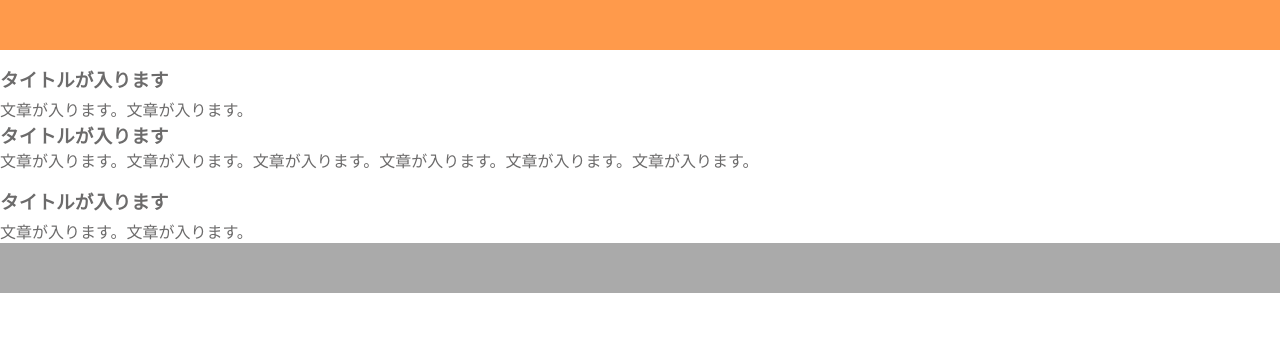
Repository: Yuki-Kawagoe/chapter4
Page: chapter9/index.html
The author's editor kept a record of every edit. The page is drawn from the files as they stood at one moment, then again after the next edit.
The browser window is 1280 px wide. The pictures show the whole page.

Above is the page before.

### chapter9/index.html
<!DOCTYPE html>
 <html lang="ja">
 <head>
  <meta charset="UTF-8">
  <link rel="stylesheet" href="style.css" />
  <title>Chapter9</title>
 </head>

 <body>
   <header></header>


   <main>
    <div class="step-box1">
      <div class="step-img">
       <span class="step-num"></span>
        <h3 class="main-title">タイトルが入ります</h3>
          <p class="main-text">文章が入ります。文章が入ります。</p>
      </div>
    </div>

    <div class="step-box2">
      <div class="step-img">
       <span class="step-num"></span>

        <h3 class="box-title">タイトルが入ります</h3>
          <p class="box-text">文章が入ります。文章が入ります。文章が入ります。文章が入ります。文章が入ります。文章が入ります。</p>
      </div>
    </div>

    <div class="step-box3">
      <div class="step-img">
       <span class="step-num"></span>

        <h3 class="main-title">タイトルが入ります</h3>
          <p class="main-text">文章が入ります。文章が入ります。</p>
      </div>
    </div>




   </main>


   <footer></footer>

 </body>

### chapter9/style.css
* {
  margin: 0px;
  padding: 0px;
  box-sizing: border-box;
  color: #6c6b6b;
}

header {
  height: 50px;
  background-color: #FF9A4B
}

.main {
  width: 960px;
  margin: 50px auto;
  display: flex;

}

.step-box {
  width: 300px;
  padding: 10px;
  margin-right: 30px;
  background-color: #EEEEEE;
  position: relative;
}

.step-img1 {
  height: 150px;
  background-image: url(img/flow01.png);
  background-position: bottom;
  background-size: cover;
}

.step-img2 {
  height: 150px;
  background-image: url(img/flow02.png);
  background-position: bottom;
  background-size: cover;
}


.step-img3 {
  height: 150px;
  background-image: url(img/flow03.png);
  background-position:bottom;
  background-size:cover;
}

.stem-num {
  position: absolute;
  top:0;
  left:0;
  background-color: #ff9a4b;
  color: #fff;
}

.main-title {
  margin-top: 15px;
  margin-bottom: 5px;
}

.sub {
  background-color: #FF9A4B;
  color: white;
  height: 20px;
  width: 30px;
}

footer {
  width: 100%;
  height: 50px;
  background-color: #AAAAAA
}

After the next edit:
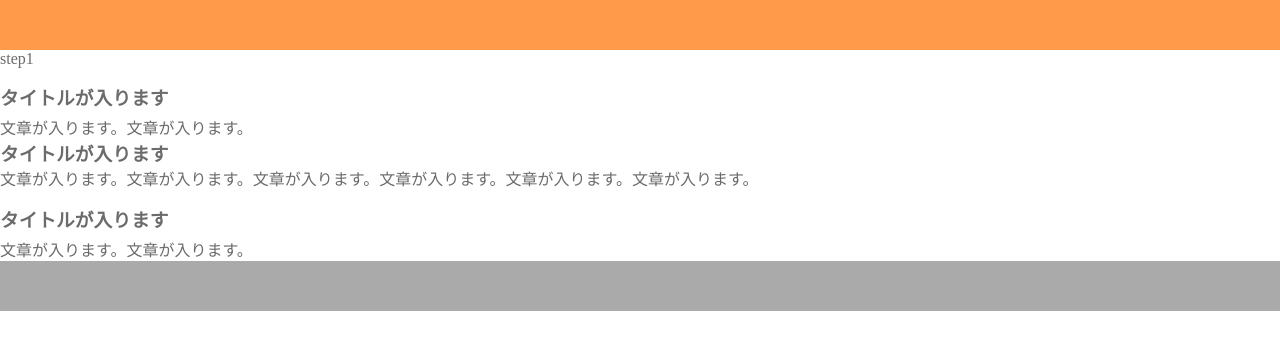
The edit:
--- a/chapter9/index.html
+++ b/chapter9/index.html
@@ -13,7 +13,7 @@
    <main>
     <div class="step-box1">
       <div class="step-img">
-       <span class="step-num"></span>
+       <span class="step-num">step1</span>
         <h3 class="main-title">タイトルが入ります</h3>
           <p class="main-text">文章が入ります。文章が入ります。</p>
       </div>
